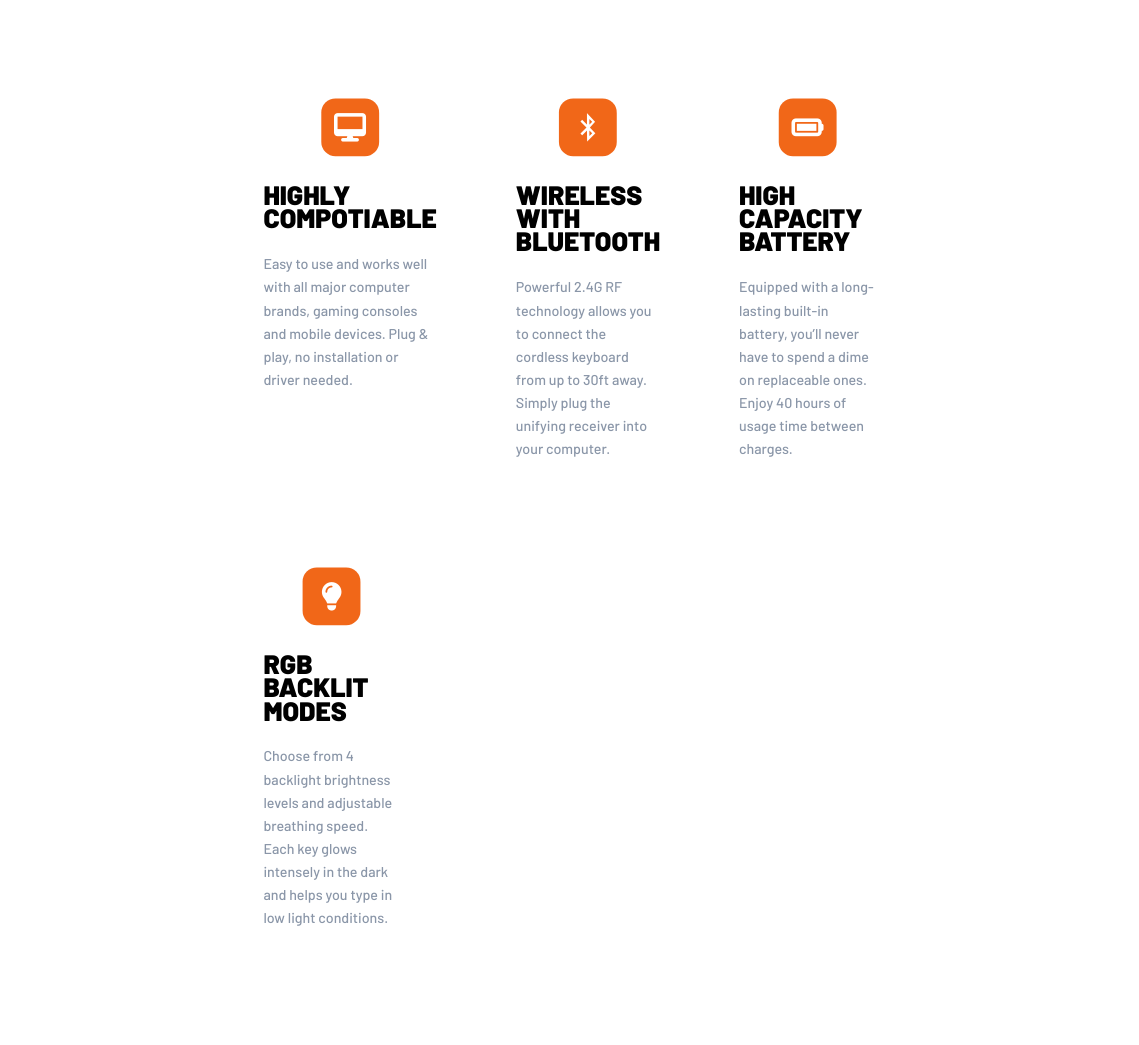
Repository: PeriAksoy/Figma
Page: figma1.html
An editor plug-in stored every save of this project. The page is shown before and after a run of saves, followed by the edit.
The browser window is 1280 px wide. The pictures show the part of the page from y = 1841 to 3015 px (the page is 3015 px tall before and 2895 px after), at 89% of full size.
A picture or video elsewhere on the page could not be fetched, so the positions and the page height are approximate.

Above is the page before, as saved 2024-07-03 23:31:45.

After the next 2 saves:
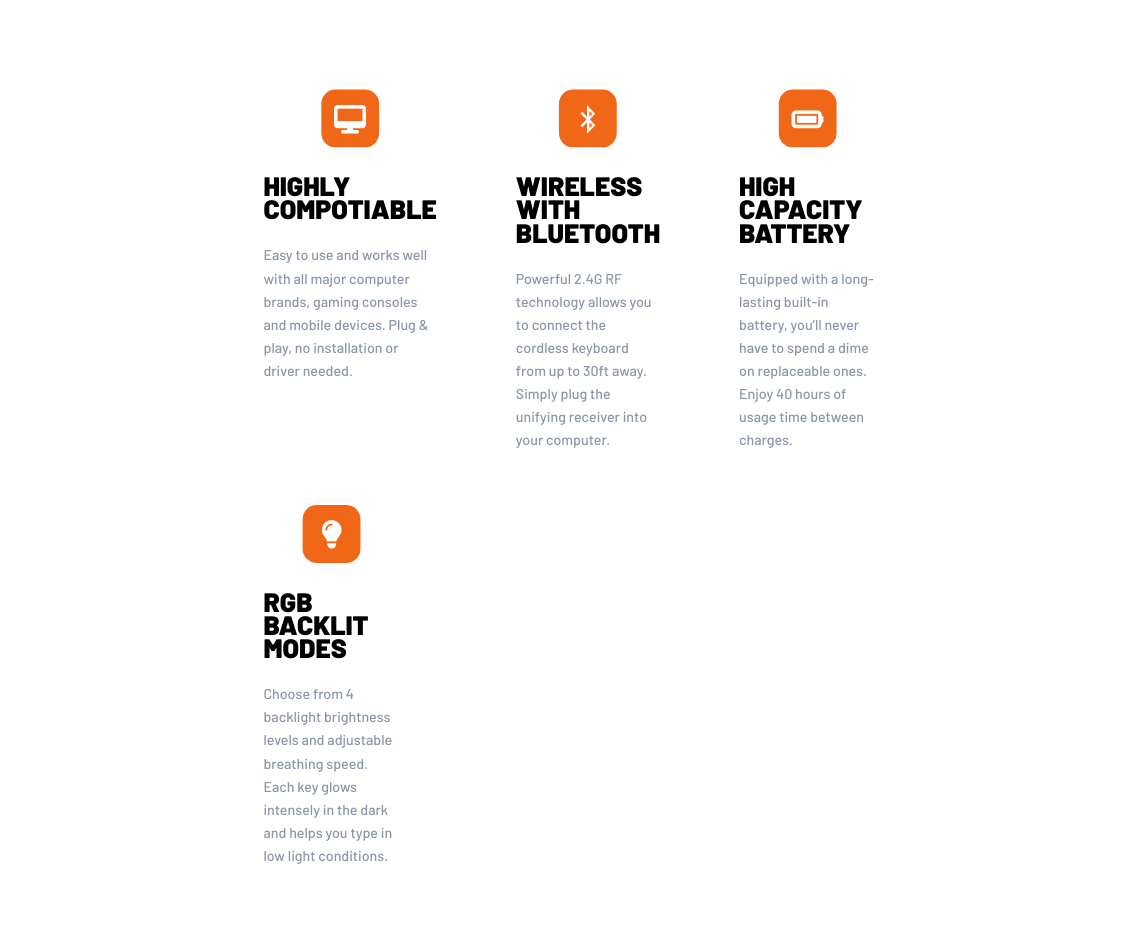
The 2 saves are shown as one change because they came seconds apart.
The last was saved 7 s later.
--- a/stylee.css
+++ b/stylee.css
@@ -185,7 +185,7 @@
 .boxes{
    flex-basis: 20%;
    margin-top: 20px;
-   padding: 50px 40px 50px 40px;
+   padding: 40px 40px 0px 40px;
 }
 .icon_content{
     height: 65px;
